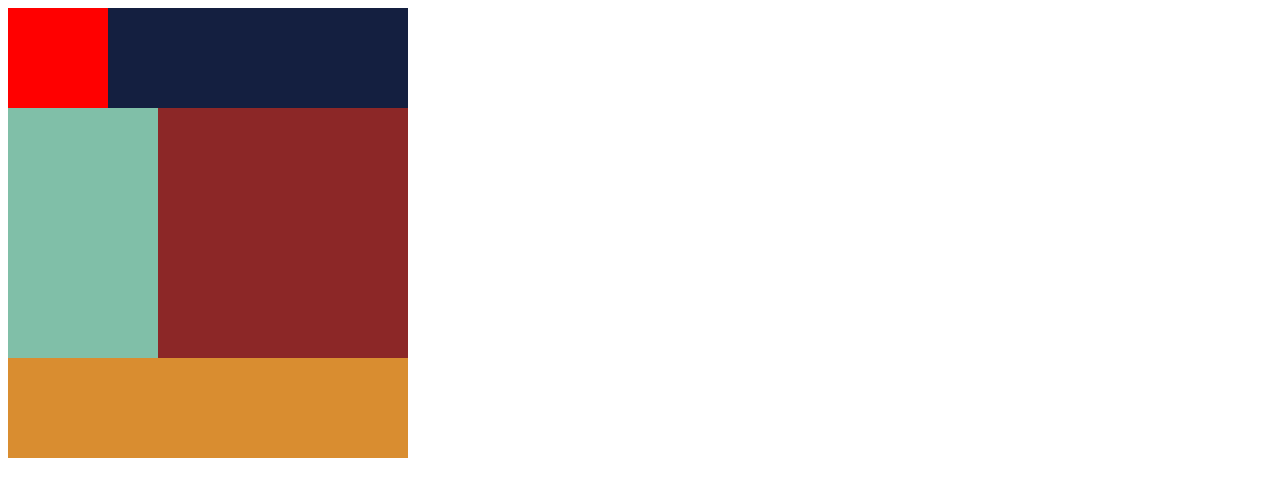
Repository: natuki-i/curriculum
Page: http://localhost/
These files come from the project's save history. The page is drawn as it stood at one moment and after the next save; the edit follows.
The browser window is 1280 px wide. The pictures show the whole page.
The page is run by PHP 8.4 with error messages shown; the project is at /var/www/html/.

Above is the page before, as saved 2022-11-26 20:00:13.

After the next save:
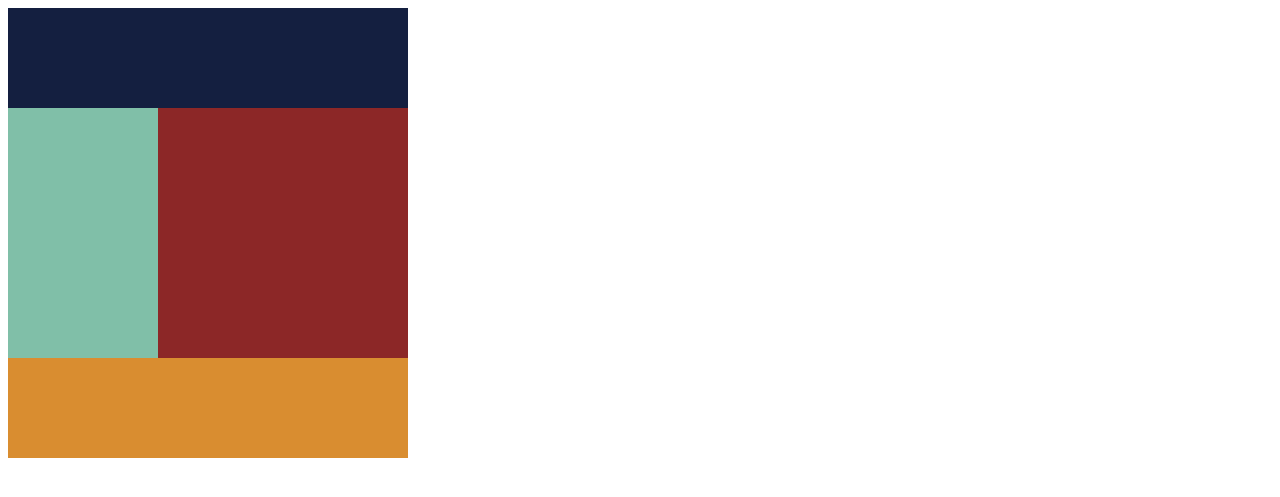
Saved 2 min 39 s later.
--- a/PHPjob/1/css/style.css
+++ b/PHPjob/1/css/style.css
@@ -8,9 +8,9 @@
     display: flex;
 }
 
-.h-box1 {
-    width: 100px;
-    height: 100px;
+.hbc {
+    width: 40px;
+    height: 40px;
     background-color: red;
 }
 
